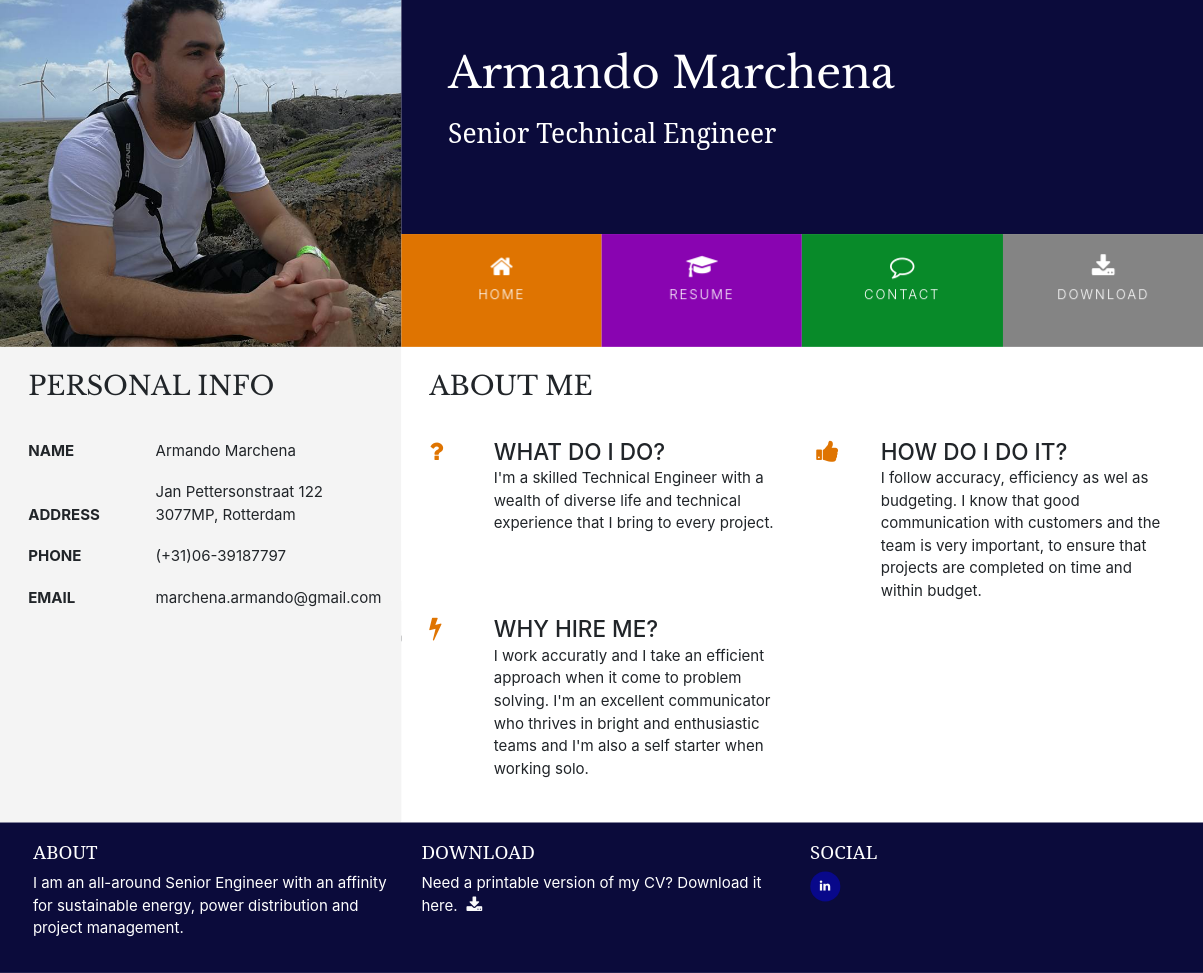
Repository: dugudugu/Resume-A-Marchena
Page: index.html
The author's editor kept a record of every edit. The page is drawn from the files as they stood at one moment, then again after the next edit.
The browser window is 1280 px wide. The pictures show the whole page, at 94% of full size.

Above is the page before.

### index.html
<!DOCTYPE html>
<html lang="en">

<head>
    <meta charset="UTF-8">
    <meta name="viewport" content="width=device-width, initial-scale=1.0">
    <meta http-equiv="X-UA-Compatible" content="ie=edge">
    <link rel="stylesheet" href="https://stackpath.bootstrapcdn.com/bootstrap/4.3.1/css/bootstrap.min.css" type="text/css" />
    <link rel="stylesheet" href="https://stackpath.bootstrapcdn.com/font-awesome/4.7.0/css/font-awesome.min.css" type="text/css" />
    <link rel="stylesheet" href="https://cdnjs.cloudflare.com/ajax/libs/hover.css/2.3.1/css/hover-min.css" type="text/css" />
    <link rel="stylesheet" href="assets/css/style.css" />
    <title>A. Marchena</title>
</head>

<body>

    <header>
        <div class="row no-gutters">
            <a href="index.html" class="col-md-4 logo"></a>

            <div class="col-md-8">
                <div class="row bg-color-name-title no-gutters">
                    <div class="col heading">
                        <h1 class="name"> Armando Marchena </h1>
                        <h2 class="title"> Senior Technical Engineer </h2>
                    </div>
                </div>

                <div class="row no-gutters">
                    <div class="col">
                        <ul id="nav" class="list-inline menucontainer">
                            <li class="col-6 col-sm-3 ui-menu-color-home list-inline-item menuitem">
                                <a href="index.html" class="hvr-sweep-to-bottom"><i class="fa fa-home" aria-hidden="true"></i><span>Home</span></a>
                            </li>
                            <li class="col-6 col-sm-3 ui-menu-color-resume list-inline-item menuitem">
                                <a href="#" class="hvr-sweep-to-bottom"><i class="fa fa-graduation-cap" aria-hidden="true"></i><span>Resume</span></a>
                            </li>
                            <li class="col-6 col-sm-3 ui-menu-color-contact list-inline-item menuitem">
                                <a href="#" class="hvr-sweep-to-bottom"><i class="fa fa-comment-o" aria-hidden="true"></i><span>Contact</span></a>
                            </li>
                            <li class="col-6 col-sm-3 ui-menu-color-download list-inline-item menuitem">
                                <a href="#" class="hvr-sweep-to-bottom"><i class="fa fa-download" aria-hidden="true"></i><span>Download</span></a>
                            </li>
                        </ul>
                    </div>
                </div>
            </div>
        </div>
    </header>

    <section class="container-fluid">
        <div class="row">
            <div class="col-md-4 bg-color-personal-info section-column">
                <div class="row">
                    <div class="col-12">
                        <h3 class="section-heading uppercase">
                            Personal Info
                        </h3>
                    </div>
                </div>

                <div class="personal-info-item">
                    <div class="key">
                        <p class="uppercase">
                            Name
                        </p>
                    </div>
                    <div class="value">
                        <p>
                            Armando Marchena
                        </p>
                    </div>
                </div>

                <div class="personal-info-item">
                    <div class="key">
                        <p class="uppercase">
                            Address
                        </p>
                    </div>
                    <div class="value">
                        <p>
                            Jan Pettersonstraat 122
                        </p>
                        <p>
                            3077MP, Rotterdam
                        </p>
                    </div>
                </div>

                <div class="personal-info-item">
                    <div class="key">
                        <p class="uppercase">
                            Phone
                        </p>
                    </div>
                    <div class="value">
                        <p>
                            (+31)06-39187797
                        </p>
                    </div>
                </div>

                <div class="personal-info-item">
                    <div class="key">
                        <p class="uppercase">
                            Email
                        </p>
                    </div>
                    <div class="value">
                        <p>
                            marchena.armando@gmail.com
                        </p>
                    </div>
                </div>
            </div>

            <div class="col-md-8 bg-color-three-reasons section-column">

                <div class="row">
                    <div class="col">
                        <h3 class="section-heading uppercase">About Me</h3>
                    </div>
                </div>

                <div class="row">
                    <div class="col-10 offset-1 offset-sm-0 col-sm-4 col-md-6">
                        <div class="row">
                            <div class="col-2">
                                <i class="three-reasons-icon fa fa-question" aria-hidden="true"></i>
                            </div>
                            <div class="col-10">
                                <h4 class="three-reasons-heading uppercase">What do I do?</h4>
                                <p>
                                    I'm a skilled Technical Engineer with a wealth of diverse life and technical experience that I bring to every project.
                                </p>
                            </div>
                        </div>
                    </div>

                    <div class="col-10 offset-1 offset-sm-0 col-sm-4 col-md-6">
                        <div class="row">
                            <div class="col-2">
                                <i class="three-reasons-icon fa fa-thumbs-up" aria-hidden="true"></i>
                            </div>
                            <div class="col-10">
                                <h4 class="three-reasons-heading uppercase">How do I do it?</h4>
                                <p>
                                    I follow accuracy, efficiency as wel as budgeting. I know that good communication with customers and the team is very important, to ensure that projects are completed on time and within budget.
                                </p>
                            </div>
                        </div>
                    </div>

                    <div class="col-10 offset-1 offset-sm-0 col-sm-4 col-md-6">
                        <div class="row">
                            <div class="col-2">
                                <i class="three-reasons-icon fa fa-bolt" aria-hidden="true"></i>
                            </div>
                            <div class="col-10">
                                <h4 class="three-reasons-heading uppercase">Why hire me?</h4>
                                <p>
                                    I work accuratly and I take an efficient approach when it come to problem solving. I'm an excellent communicator who thrives in bright and enthusiastic teams and I'm also a self starter when working solo.
                                </p>
                            </div>
                        </div>
                    </div>

                </div>
            </div>

    </section>

    <footer class="container-fluid">
        <div id="footer-details" class="row">
            <div class="col-sm-4">
                <h5 class="uppercase general-sub">About</h5>
                <p class="inline-block">
                    I am an all-around Senior Engineer with an affinity for sustainable energy, power distribution and project management.
                </p>
            </div>
            <div class="col-sm-4">
                <h5 class="uppercase general-sub">Download</h5>
                <p class="inline-block">
                    Need a printable version of my CV? Download it here.
                    <a href="#" target="_blank" class="cv-pdf">
                        <i class="fa fa-download" aria-hidden="true"></i>
                        <span class="sr-only">Download link.</span>
                        </a>
                </p>
            </div>
            <div class="col-sm-4">
                <h5 class="uppercase general-sub">Social</h5>
                <ul class="list-inline social-links">
                    <li class="list-inline-item">
                        <a target="_blank" href="#">
                            <i class="fa fa-linkedin" aria-hidden="true"></i>
                        <span class="sr-only">LinkedIn</span>
                        </a>
                    </li>
                </ul>
            </div>
        </div>
    </footer>


</body>


</html>

### assets/css/style.css
@import url('https://fonts.googleapis.com/css?family=Noto+Serif:100,200,300,400,500,600,700|Libre+Baskerville:100,200,300,400,500,600,700');

/*------------------------------------------Colors */

.bg-color-name-title {
    background-color: #0B0B3B;
}

.bg-color-three-reasons {
    background-color: #fff;
}

.bg-color-personal-info {
    background-color: #f4f4f4;
}

.ui-menu-color-home {
    background-color: #DF7401;
}

.ui-menu-color-resume {
    background-color: #8904B1;
}

.ui-menu-color-contact {
    background-color: #088A29;
}

.ui-menu-color-download {
    background-color: #848484;
}


/*------------------------------------------Special  */

h1,
h2,
h3,
h4 {
    margin: 0;
}

.uppercase {
    text-transform:uppercase;
}

.general-sub {
    font-family:"Noto Serif", sans-serif;
    font-weight:300;
    color: #fff;
}

.inline-block {
    display:inline-block;
}

.row-table {
    display: table;
}

.section-column {
    display: table-cell;
    padding:0 30px 30px;
    float: none;
}

.section-heading {
    font-family: "Libre Baskerville";
    font-weight: 300;
    margin-top: 25px;
    margin-bottom: 40px;
}

/*------------------------------------------Heading */

header {
    margin: 0;

}

.heading {
    margin-left: 50px;
}

.logo {
    background: url("../images/A. Marchena.jpg");
    background-position: center;
    background-repeat: no-repeat;
    background-size: cover;
    min-height: 360px;
    transition: all .5s ease-in-out;
    -moz-transition: all .5s ease-in-out;
    -webkit-transition: all .5s ease-in-out;
}

.name {
    font-family: "Libre Baskerville", Noto Serif;
    font-weight: 200;
    font-size: 46px;
    margin-top: 50px;
    color: #fff;
}

.title {
    font-family: "Noto Serif", sans-serif;
    font-weight: 100;
    font-size: 28px;
    margin-top: 20px;
    margin-bottom: 90px;
    color: #fff;
}

.list-inline-item:not(:last-child) {
    margin: 0;
}

.menucontainer {
    font-size: 0;
}

#nav {
    margin: 0;
}

#nav li {
    font-size: 14px;
    padding: 0;
}

.menuitem {
    height: 120px;
    text-align: center;
    padding: 0;
}

.menuitem a {
    width: 100%;
    text-decoration: none;
    color: #fff;
    height: 120px;
}

.menuitem a i {
    padding-top: 22px;
    display: block;
    color: #fff;
    font-size: 26px;
}

.menuitem span {
    display: block;
    width: 100%;
    padding-top: 5px;
    text-align: center;
    text-transform: uppercase;
    font-size: 14px;
    font-weight: 300;
    letter-spacing: 2px;
}


/*------------------------------------------Hover.css */

.hvr-sweep-to-bottom:before {
    background-color: rgba(0, 0, 0, 0.2);
    height: 120px;
}


/*------------------------------------------Three reasons.css */

.three-reasons-icon {
    font-size: 26px;
    color: #DF7401;

}

.three-reasons-icon-heading {
    margin-bottom: 15px;
}


/*------------------------------------------Personal Info */

.personal-info-item {
    margin-bottom: 20px;
    display: block;
    clear: both;
}

.personal-info-item .key,
.personal-info-item .value {
    padding-right: 8px;
    display: inline-block;

}

.personal-info-item .key p,
.personal-info-item .value p {
    margin: 0;

}

.personal-info-item .key {
    width: 30%;
    margin-right: 21px;
    padding-top: 2px
    vertical-align: top;
}

.personal-info-item .key p {
    font-weight: 700;
}

.personal-info-item .value {
    position: relative;
    width: 60%;
}



/*------------------------------------------Footer */

footer{
    background: #0B0B3B;
    color: #fff;
    min-height:120px;
    margin:0;
}

.cv-pdf i {
    font-size: 18px;
    color: #fafafa;
    text-align: center;
    padding-left: 5px;
    transition: all 0.35s ease-in-out;
    -moz-transition: all 0.35s ease-in-out;
    -webkit-transition: all 0.35s ease-in-out;
    -o-transition: all 0.35s ease-in-out;
}

.cv-pdf i:hover{
    color: #e84610;
}

.social-links {
    padding-bottom: 15px;
}

.social-links li a i {
    width: 32px;
    height: 32px;
    padding: 12px 0;
    border-radius: 50%;
    font-size: 13px;
    line-height: 7px;
    text-align: center;
    color: #fafafa;
    background-color: #08088A;
    transition: all 0.35s ease-in-out;
    -moz-transition: all 0.35s ease-in-out;
    -webkit-transition: all 0.35s ease-in-out;
    -o-transition: all 0.35s ease-in-out;
}

.social-links li a i:hover {
    background-color: #e84610;
}

#footer-details {
    padding: 20px;
}

After the next edit:
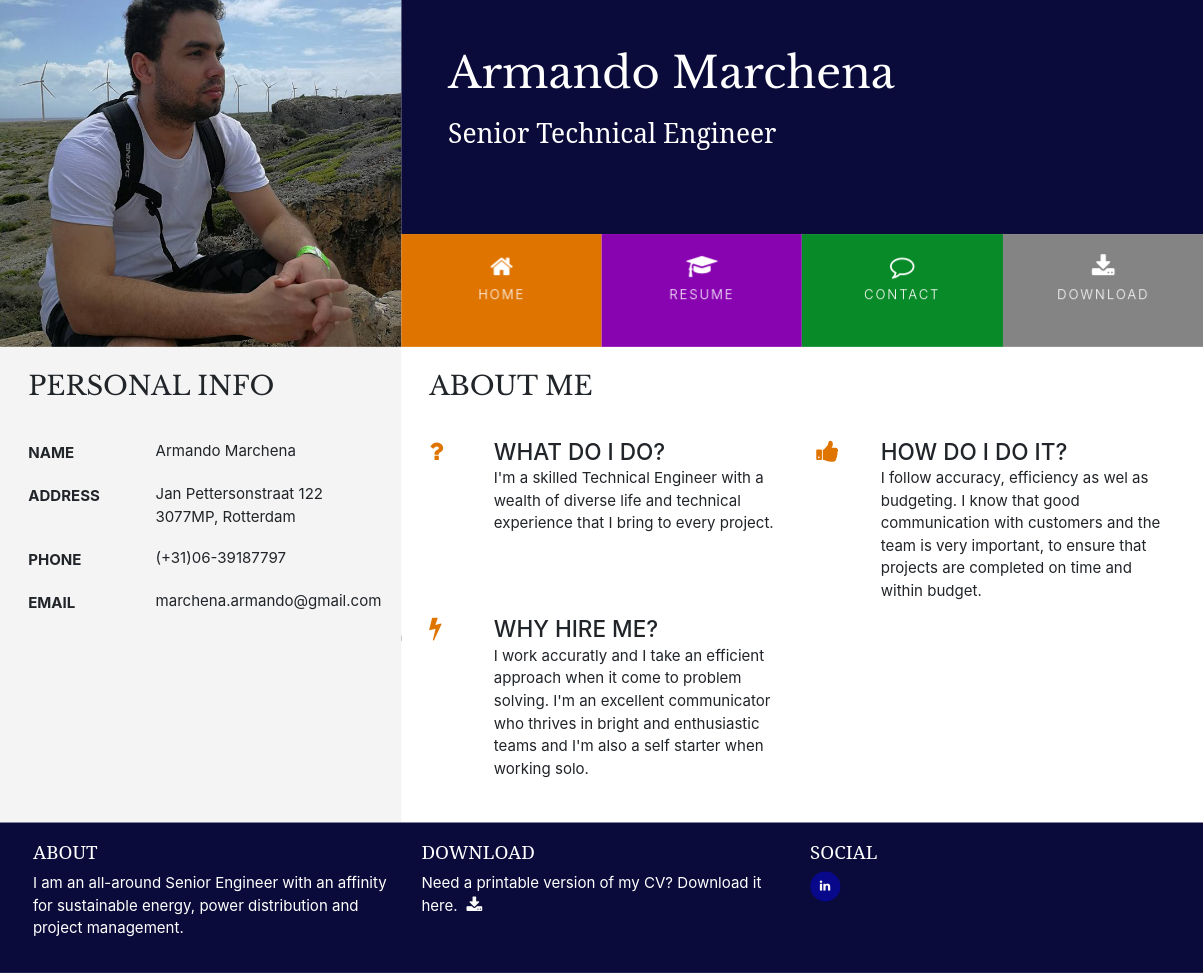
The edit:
--- a/assets/css/style.css
+++ b/assets/css/style.css
@@ -204,7 +204,7 @@
 .personal-info-item .key {
     width: 30%;
     margin-right: 21px;
-    padding-top: 2px
+    padding-top: 2px;
     vertical-align: top;
 }
 
